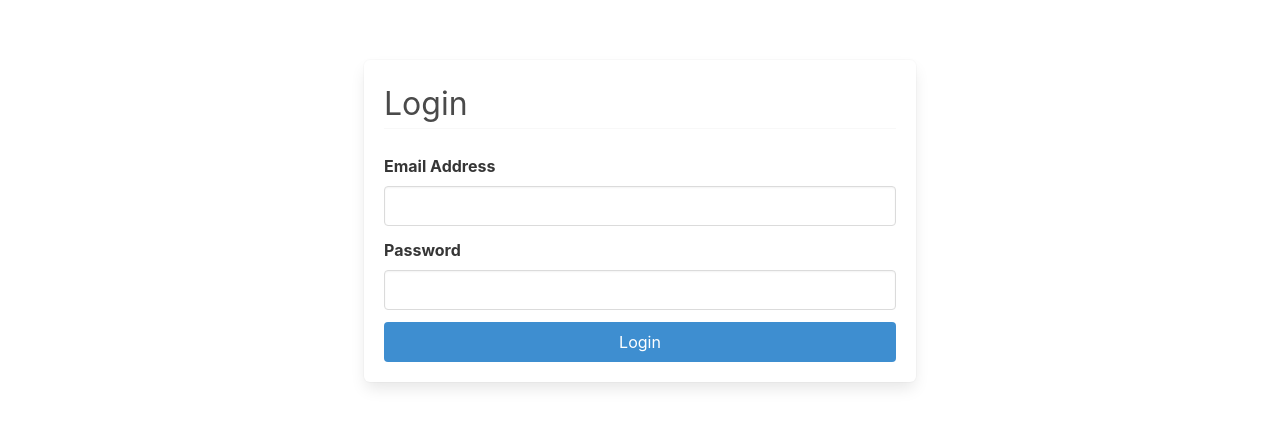
Repository: Abhi2359/infinite-scroll
Page: /
An editor plug-in stored every save of this project. The page is shown before and after the next save, followed by the edit.
The browser window is 1280 px wide. The pictures show the whole page.
The project was rebuilt for these pictures with package versions that can differ from the ones it lists, and the page was loaded fresh each time. Also part of the build but not shown: src/components/Card.jsx, src/hooks/useGetUsers.js, src/hooks/useLogout.js, src/pages/Home.jsx. Imported but missing from the stored project, and not drawn on this page: src/s.

Above is the page before, as saved 2023-03-07 18:44:45.

After the next save:
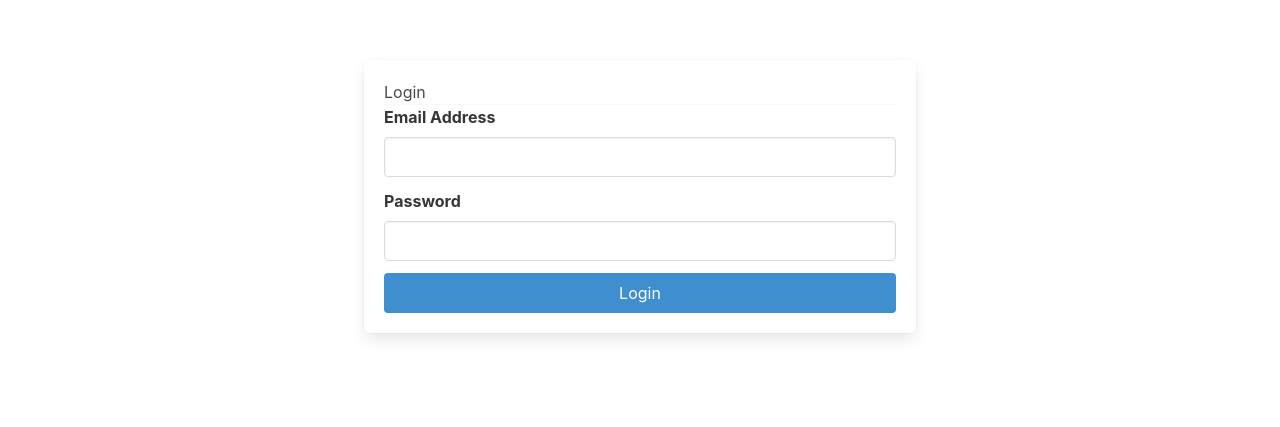
Saved 5 s later.
--- a/src/pages/Login.jsx
+++ b/src/pages/Login.jsx
@@ -3,7 +3,7 @@ import { useNavigate } from "react-router-dom";
 import validate from "../LoginFormValidationRules";
 import useForm from "../hooks/useForm";
 import { useAuthContext } from "../hooks/useAuthContext";
-import '../s'
+import '../style.css'
 const Login = () => {
   const [loggedIn, setLoggedIn] = useState(false);
   const { values, errors, handleChange, handleSubmit } = useForm(
